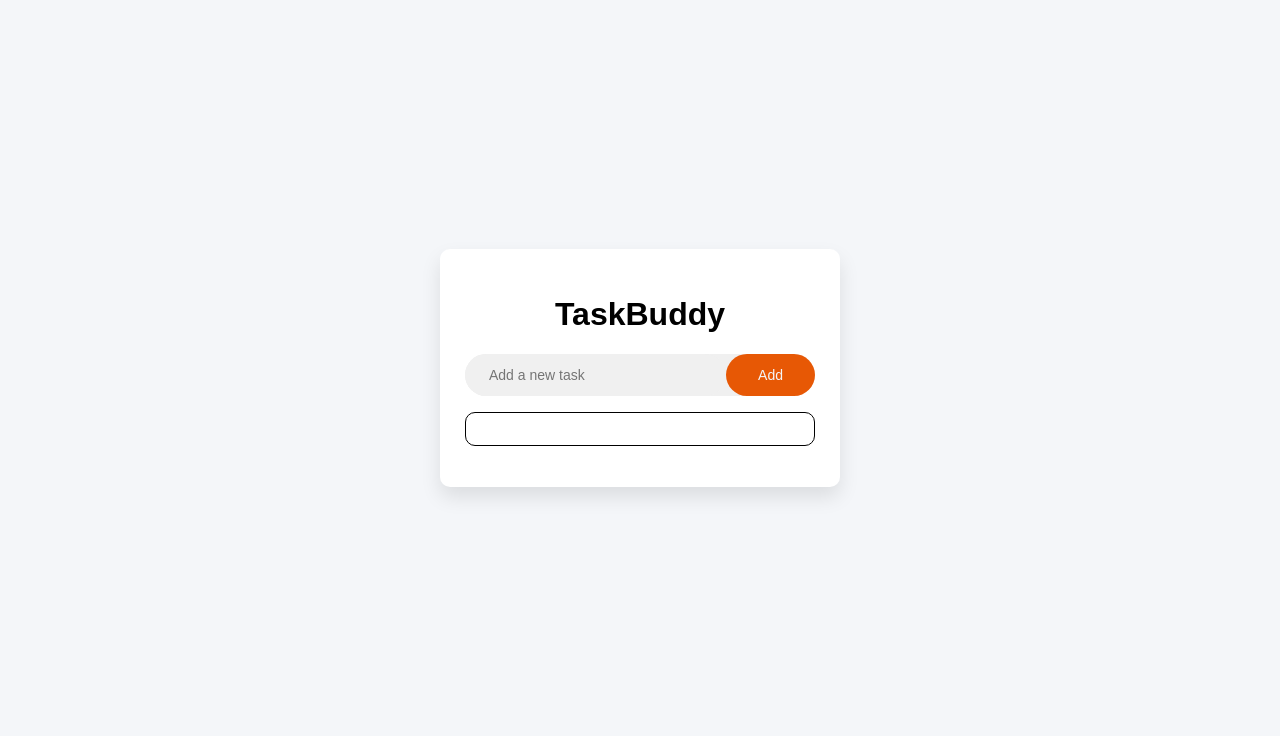
Repository: yogeshnandwani/taskbuddy-todo
Page: index.html
These files come from the project's save history. The page is drawn as it stood at one moment and after the next save; the edit follows.
The browser window is 1280 px wide. The pictures show the whole page.

Above is the page before, as saved 2026-03-16 20:08:30.

After the next save:
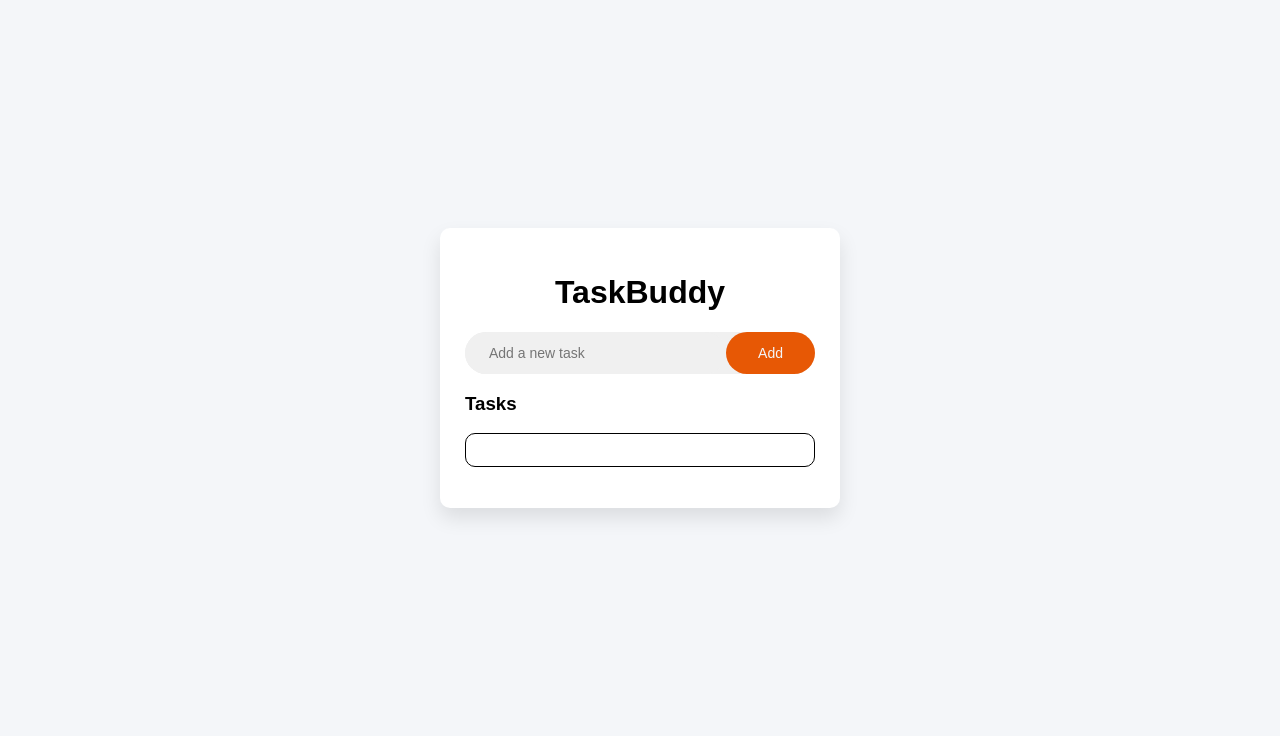
Saved 49 s later.
--- a/index.html
+++ b/index.html
@@ -17,8 +17,8 @@
 <button id="addBtn">Add</button>
 </div>
 
+<h3 class="heading">Tasks</h3>
 <ul id="taskList">
-    <h3 class="heading">Tasks</h3>
 </ul>
 
 </div>
